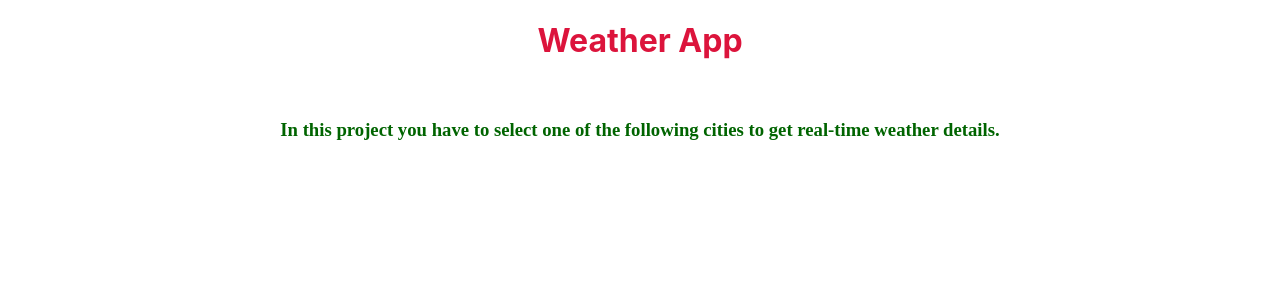
Repository: AalokJadhav/Weather_Website
Page: welcome.html
The author's editor kept a copy of each file at every save. The page is drawn from the files as they stood at one save, then again after the next save.
The browser window is 1280 px wide. The pictures show the whole page.

Above is the page before, as saved 2020-11-03 07:59:32.

After the next save:
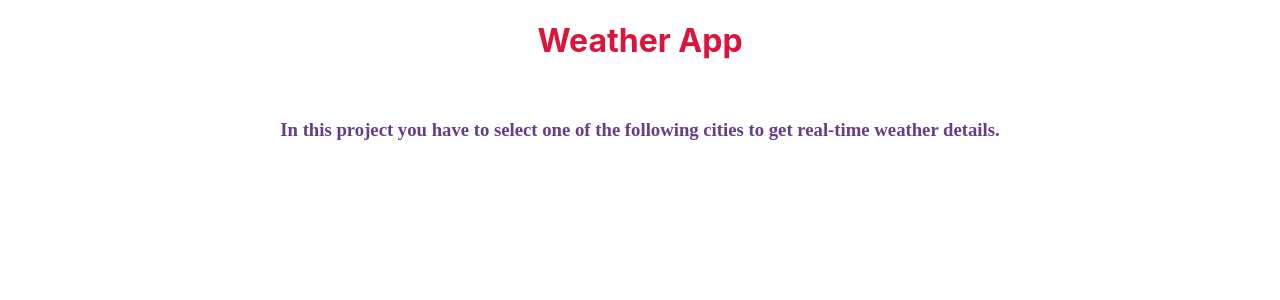
Saved 20 s later.
--- a/welcome.html
+++ b/welcome.html
@@ -9,7 +9,7 @@
     <h1 style="font-family:-apple-system, BlinkMacSystemFont, 'Segoe UI', Roboto, Oxygen, Ubuntu, Cantarell, 'Open Sans', 'Helvetica Neue', sans-serif; color: crimson;text-align: center;"> Weather App</h1>
     <br>
     <h3>
-        <p style="color: darkgreen;">
+        <p style="color: rgb(103, 61, 138);">
         In this project you have to select one of the following cities to get real-time weather details.
     </p>
     </h3>
